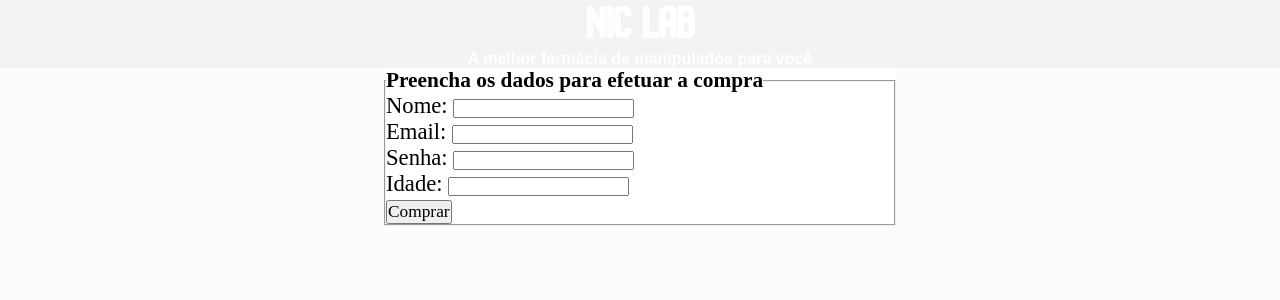
Repository: Leonngc/Lab
Page: comprar.html
These files come from the project's save history. The page is drawn as it stood at one moment and after the next save; the edit follows.
The browser window is 1280 px wide. The pictures show the whole page.

Above is the page before, as saved 2022-12-30 12:21:30.

### comprar.html
<!DOCTYPE html>
<html lang="en">
<head>
    <meta charset="UTF-8">
    <meta http-equiv="X-UA-Compatible" content="IE=edge">
    <meta name="viewport" content="width=device-width, initial-scale=1.0">
    <title>Nic Lab</title>
    <link rel="stylesheet" href="styles/pag-compra.css">
</head>
<body>
    <header id="tit">
        <h1 id="main">NIC LAB</h1>
        <h4 id="sub">A melhor farmácia de manipulados para você</h4>
    </header>
 <div id="formu">

     <form>
         <fieldset>
            <legend><h4>Preencha os dados para efetuar a compra</h4></legend>
            Nome:  <input id="nome" type="text"> <br>
            Email: <input type="email" name="" id="email"> <br>
            Senha: <input type="password" name="" id="senha"> <br>
            Idade: <input type="number" name="idade" id="idade"> <br>
            <input type="button" value="Comprar" id="compra" onclick="comprar()">
         </fieldset>

     </form>
 </div>
<script src="compra.js"></script>
</body>
</html>

### styles/pag-compra.css
@font-face {
    font-family: Safety;
    src: url(../fonts/No\ Safety\ Zone.ttf);
}

*{
    margin: 0;
    padding: 0;
    box-sizing: border-box;
}

header#tit{
    text-align: center;
    background-color: rgb(245, 242, 242);
    color: #ffffff;

}
h1{
    font-family: Safety;
    font-size: 32pt ;
}
h4#sub{
    font-family:Arial, Helvetica, sans-serif;
    font-size: 12pt;
}
h2#tit2{
    text-align: center;
    font-family: cursive;
}
body{
    background-color: #fdfbfb;
}

div#formu{
    background-color: #ffffff;
    font-size: 17pt;
    text-align: justify;
    margin: auto;
    margin-top: relative;
    width: 40%;
    border-radius: 5px;

}
legend{
    font-size: 16pt;
    font-family: cursive;
}
input#compra{
    position: static;
    font-family: fantasy;
    font-size: 13pt;
}
input#nome{
    text-transform: capitalize;
}

### js/compra.js
function comprar(){
    let nome = document.getElementById('nome').value
    let idade = document.getElementById('idade').value
   if(idade < 18){
    alert('Infelizmente você não pode efetuar sua compra, pois você é menor de idade!')
   }else{
    window.location.href = "confirm.html"
    let res = document.getElementById('res')
    res.innerHTML = `${nome}, sua compra foi confirmada. agradecemos por confiar na <strong>Nic Lab</strong>`
}
}

After the next save:
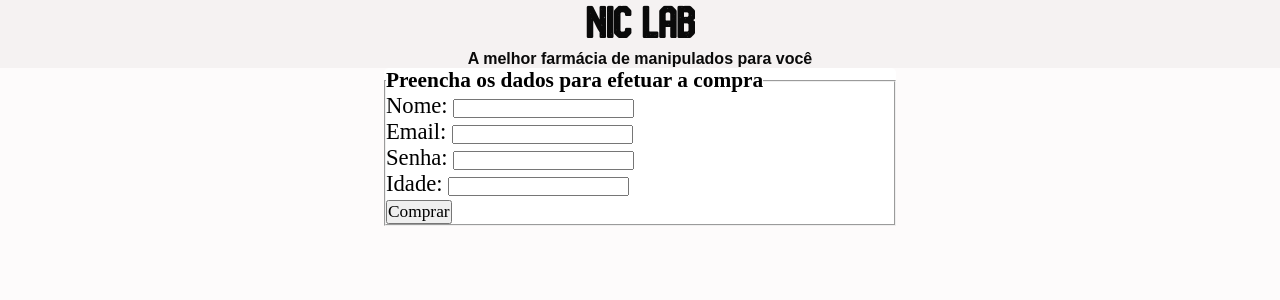
Saved 4 s later.
--- a/styles/pag-compra.css
+++ b/styles/pag-compra.css
@@ -12,7 +12,7 @@
 header#tit{
     text-align: center;
     background-color: rgb(245, 242, 242);
-    color: #ffffff;
+    color: #0a0a0a;
 
 }
 h1{
